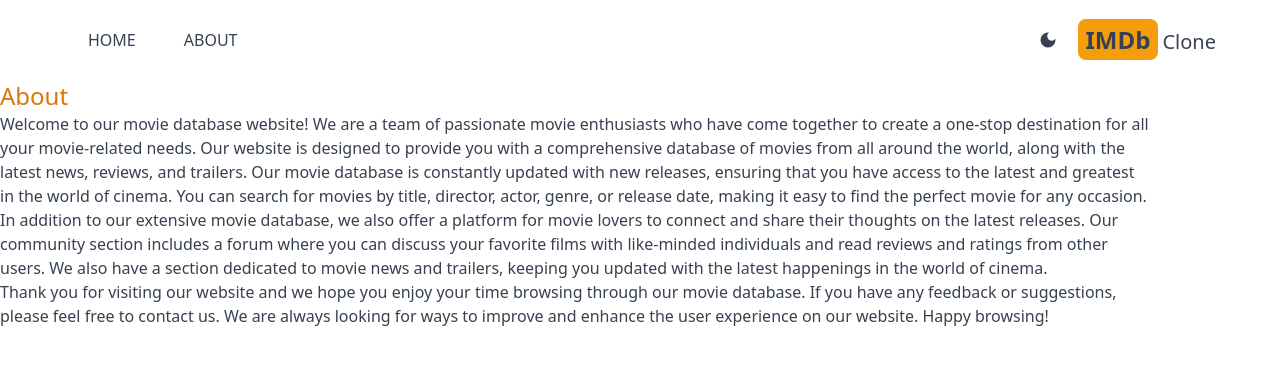
Repository: dnjfht/imdb
Page: /about
The author's editor kept a copy of each file at every save. The page is drawn from the files as they stood at one save, then again after the next save.
The browser window is 1280 px wide. The pictures show the whole page.
The project was rebuilt for these pictures with package versions that can differ from the ones it lists, and the page was loaded fresh each time. The framework's server and built-in components were replaced by stand-ins that run in the browser. Also part of the build but not shown: next.config.js.

Above is the page before, as saved 2023-10-02 11:59:20.

### src/app/layout.js
import Providers from "./Providers";
import Header from "./components/Header";
import "./globals.css";

export const metadata = {
  title: "IMDb Clobe",
  description: "This is the IMDb clone website",
};

export default function RootLayout({ children }) {
  return (
    <html lang="en">
      <head>
        <link rel="icon" href="/favicon.ico" />
      </head>

      <body>
        <Providers>
          {/* Header */}
          <Header />

          {/* Navbar */}

          {/* SearchBox */}

          {children}
        </Providers>
      </body>
    </html>
  );
}

### src/app/about/page.js
export default function About() {
  return (
    <div className="max-w-6xl">
      <h1 className="text-2xl font-medium text-amber-600">About</h1>

      <p>
        Welcome to our movie database website! We are a team of passionate movie
        enthusiasts who have come together to create a one-stop destination for
        all your movie-related needs. Our website is designed to provide you
        with a comprehensive database of movies from all around the world, along
        with the latest news, reviews, and trailers. Our movie database is
        constantly updated with new releases, ensuring that you have access to
        the latest and greatest in the world of cinema. You can search for
        movies by title, director, actor, genre, or release date, making it easy
        to find the perfect movie for any occasion.
      </p>

      <p>
        In addition to our extensive movie database, we also offer a platform
        for movie lovers to connect and share their thoughts on the latest
        releases. Our community section includes a forum where you can discuss
        your favorite films with like-minded individuals and read reviews and
        ratings from other users. We also have a section dedicated to movie news
        and trailers, keeping you updated with the latest happenings in the
        world of cinema.
      </p>

      <p>
        Thank you for visiting our website and we hope you enjoy your time
        browsing through our movie database. If you have any feedback or
        suggestions, please feel free to contact us. We are always looking for
        ways to improve and enhance the user experience on our website. Happy
        browsing!
      </p>
    </div>
  );
}

### src/app/Providers.jsx
"use client";

import { ThemeProvider } from "next-themes";

export default function Providers({ children }) {
  return (
    <ThemeProvider enableSystem={true} attribute="class">
      <div className="dark:bg-gray-700 dark:text-gray-200 text-gray-700 transition-color duration-300 min-h-screen select-none">
        {children}
      </div>
    </ThemeProvider>
  );
}

### src/app/components/Header.jsx
import Link from "next/link";
import MenuItem from "./MenuItem";

import { AiFillHome } from "react-icons/ai";
import { HiInformationCircle } from "react-icons/hi";
import DarkModeSwitch from "./DarkModeSwitch";

export default function Header() {
  return (
    <div className="flex items-center justify-between mx-2 max-w-6xl sm:mx-auto py-6">
      <div className="flex">
        <MenuItem title="HOME" address="/" Icon={AiFillHome} />
        <MenuItem title="ABOUT" address="/about" Icon={HiInformationCircle} />
      </div>

      <div className="flex items-center space-x-5">
        <DarkModeSwitch />

        <Link href="/">
          <h2 className="text-2xl">
            <span className="font-bold bg-amber-500 py-1 px-2 rounded-lg mr-1">
              IMDb
            </span>
            <span className="text-xl hidden sm:inline">Clone</span>
          </h2>
        </Link>
      </div>
    </div>
  );
}

### src/app/components/MenuItem.jsx
import Link from "next/link";

export default function MenuItem({ title, address, Icon }) {
  return (
    <div>
      <Link href={address} className="mx-4 lg:mx-6 hover:text-amber-600">
        {/* 페이지를 새로 고치지 않고 해당 웹사이트, 해당 URL로 이동. */}
        <Icon className="text-2xl sm:hidden mx-4" />
        <p className="hidden sm:inline my-2 text-small">{title}</p>
      </Link>
    </div>
  );
}

### src/app/components/DarkModeSwitch.jsx
"use client";

import { useTheme } from "next-themes";
import { useEffect, useState } from "react";
import { MdDarkMode } from "react-icons/md";
import { MdLightMode } from "react-icons/md";

export default function DarkModeSwitch() {
  const { systemTheme, theme, setTheme } = useTheme();
  const [mounted, setMounted] = useState(false);

  useEffect(() => setMounted(true), []);

  const currentTheme = theme === "system" ? systemTheme : theme;

  return (
    <>
      {mounted &&
        (currentTheme === "dark" ? (
          <MdLightMode
            className="text-xl cursor-pointer hover:text-amber-500"
            onClick={() => {
              setTheme("light");
            }}
          />
        ) : (
          <MdDarkMode
            className="text-xl cursor-pointer hover:text-amber-500"
            onClick={() => {
              setTheme("dark");
            }}
          />
        ))}
    </>
  );
}

Loaded but not shown: src/app/globals.css (common file); tailwind.config.js (common file)

After the next save:
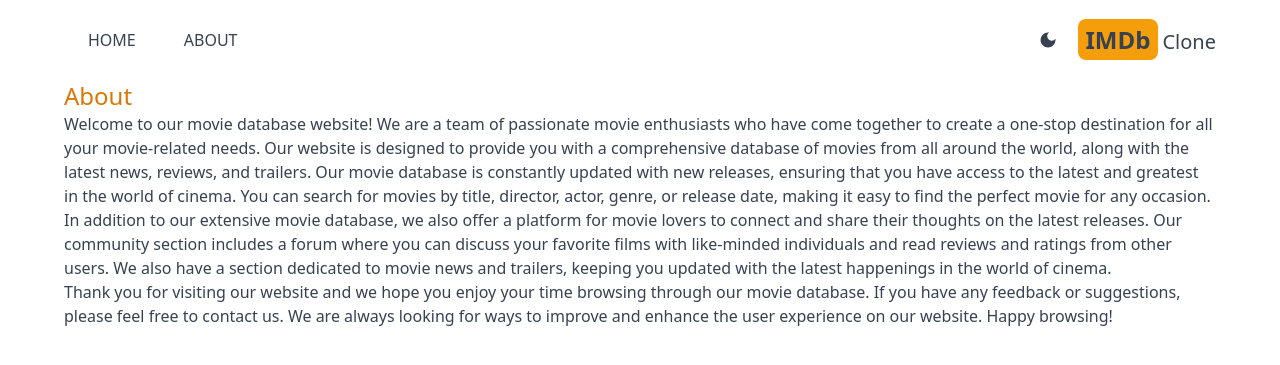
Saved 20 s later.
--- a/src/app/about/page.js
+++ b/src/app/about/page.js
@@ -1,6 +1,6 @@
 export default function About() {
   return (
-    <div className="max-w-6xl">
+    <div className="max-w-6xl sm:mx-auto">
       <h1 className="text-2xl font-medium text-amber-600">About</h1>
 
       <p>
